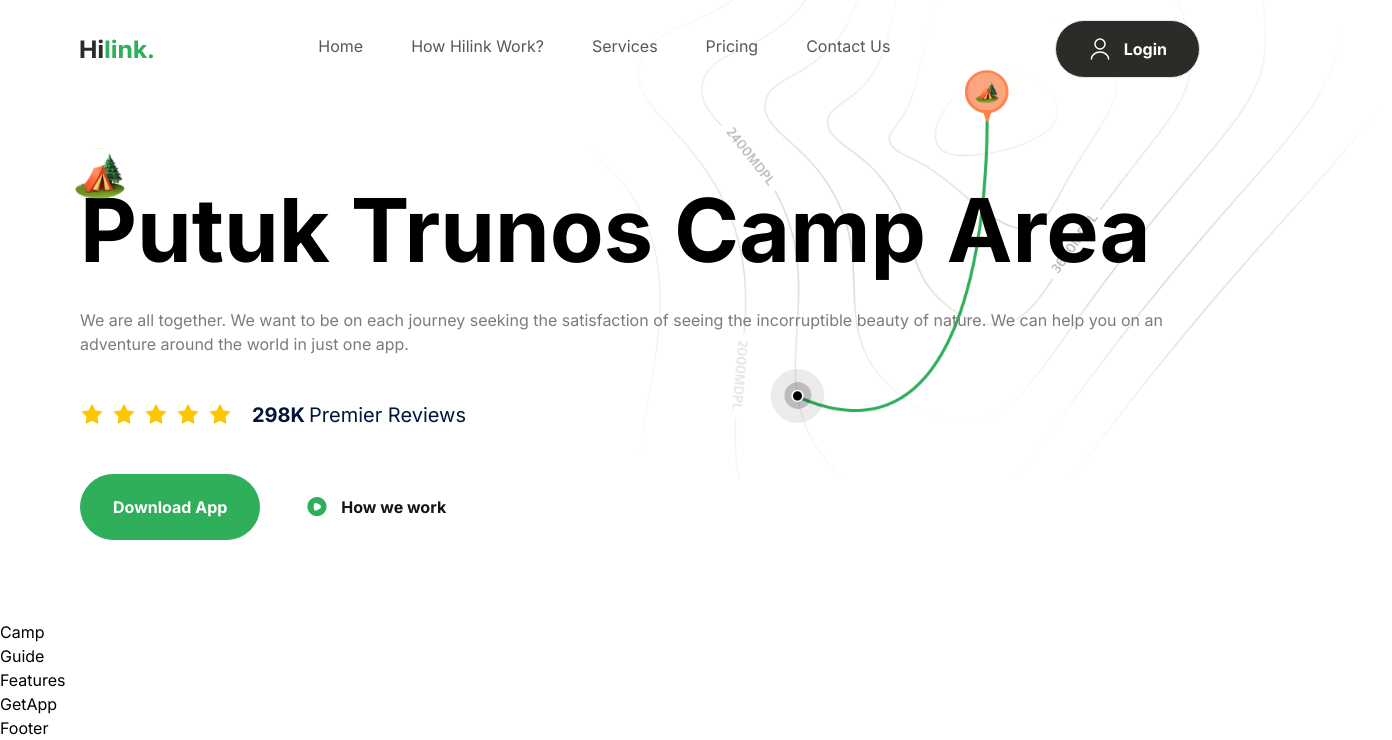
Repository: SouthpawC0der/Modern-reactsite
Page: /
An editor plug-in stored every save of this project. The page is shown before and after the next save, followed by the edit.
The browser window is 1280 px wide. The page is 1392 px wide, so the pictures cover 1392 px, including what lies to the right of the window. The pictures show the whole page.
The project was rebuilt for these pictures with package versions that can differ from the ones it lists, and the page was loaded fresh each time. The framework's server and built-in components were replaced by stand-ins that run in the browser. Also part of the build but not shown: next.config.ts.

Above is the page before, as saved 2025-01-30 11:40:01.

### app/layout.tsx
import type { Metadata } from "next";
import "./globals.css";
import Navbar from "@/components/Navbar";
import Footer from "@/components/Footer";

export default function RootLayout({
  children,
}: Readonly<{
  children: React.ReactNode;
}>) {
  return (
    <html lang="en">
      <body>
        <Navbar />
        <main className="relative-overflow-hidden">
        {children}
        </main>
        <Footer />
      </body>
    </html>
  );
}

### app/page.tsx
import Camp from "@/components/Camp";
import Features from "@/components/Features";
import GetApp from "@/components/GetApp";
import Guide from "@/components/Guide";
import Hero from "@/components/Hero";


export default function Home() {
  return (
    <>
    <Hero />
    <Camp />
    <Guide />
    <Features />
    <GetApp />
    </>
  );
}

### app/globals.css

@import url('https://fonts.googleapis.com/css2?family=Inter:wght@400;500;600;700;800&display=swap');

@tailwind base;
@tailwind components;
@tailwind utilities;

* {
  margin: 0;
  padding: 0;
  box-sizing: border-box;
}

body {
  font-family: Inter;
}

@layer utilities {
  .btn_white {
    @apply  border-white bg-white px-8 py-3 text-green-50
  }
  .btn_white_text  {
    @apply  border-white bg-white px-8 py-3 text-gray-90
  }
  .btn_green  {
    @apply  border-green-50 bg-green-50 px-8 py-5 text-white
  }
  .btn_dark_green {
    @apply  bg-green-90 px-8 py-4 text-white transition-all hover:bg-black
  }
  .btn_dark_green_outline  {
    @apply border-gray-20 bg-green-90 px-8 py-5 text-white
  }

  .max-container {
    @apply mx-auto max-w-[1440px];
  }

  .padding-container {
    @apply px-6 lg:px-20 3xl:px-0;
  }

  .flexCenter {
    @apply flex items-center justify-center;
  }

  .flexBetween {
    @apply flex items-center justify-between;
  }

  .flexStart {
    @apply flex items-center justify-start;
  }

  .flexEnd {
    @apply flex items-center justify-end;
  }

  /* FONTS */
  .regular-64 {
    @apply text-[64px] font-[400] leading-[120%];
  }

  .regular-40 {
    @apply text-[40px] font-[400] leading-[120%];
  }

  .regular-32 {
    @apply text-[32px] font-[400];
  }

  .regular-24 {
    @apply text-[24px] font-[400];
  }

  .regular-20 {
    @apply text-[20px] font-[400];
  }

  .regular-18 {
    @apply text-[18px] font-[400];
  }

  .regular-16 {
    @apply text-[16px] font-[400];
  }

  .regular-14 {
    @apply text-[14px] font-[400];
  }

  .medium-14 {
    @apply text-[14px] font-[600];
  }

  .bold-88 {
    @apply text-[88px] font-[700] leading-[120%];
  }

  .bold-64 {
    @apply text-[64px] font-[700] leading-[120%];
  }

  .bold-52 {
    @apply text-[52px] font-[700] leading-[120%];
  }

  .bold-40 {
    @apply text-[40px] font-[700] leading-[120%];
  }

  .bold-32 {
    @apply text-[32px] font-[700] leading-[120%];
  }

  .bold-20 {
    @apply text-[20px] font-[700];
  }

  .bold-18 {
    @apply text-[18px] font-[700];
  }

  .bold-16 {
    @apply text-[16px] font-[700];
  }

  /* Hero */
  .hero-map {
    @apply absolute right-0 top-0 h-screen w-screen bg-pattern-2 bg-cover bg-center md:-right-28 xl:-top-60;
  }

  /* Camp */
  .camp-quote {
    @apply absolute -right-6 bottom-4 w-[140px] lg:bottom-10 xl:-right-8 xl:w-[186px] 3xl:right-0;
  }

  /* Feature */
  .feature-phone {
    @apply absolute top-[13%] z-10 hidden max-w-[1500px] rotate-[15deg] md:-left-16 lg:flex  3xl:left-20;
  }

  /* Get App */
  .get-app {
    @apply max-container relative flex w-full  flex-col justify-between gap-32 overflow-hidden bg-green-90 bg-pattern bg-cover bg-center bg-no-repeat px-6 py-12 text-white sm:flex-row sm:gap-12 sm:py-24 lg:px-20 xl:max-h-[598px] 2xl:rounded-5xl;
  }
}

/* Hide scrollbar for Chrome, Safari and Opera */
.hide-scrollbar::-webkit-scrollbar {
  display: none;
}

/* Hide scrollbar for IE, Edge and Firefox */
.hide-scrollbar {
  -ms-overflow-style: none; /* IE and Edge */
  scrollbar-width: none; /* Firefox */
}

### components/Navbar.tsx
import { NAV_LINKS } from '@/constants'
import Image from 'next/image'
import Link from 'next/link'
import React from 'react'
import Button from './Button'

const Navbar = () => {
  return (
    <nav className='flexBetween max-container padding-container relative z-30 py-5'>
        <Link href="/">
          <Image src="/hilink-logo.svg" alt='logo' width={74} height={29} />
        </Link>

          <ul className='hidden h-full gap-12 lg:flex'>
             {NAV_LINKS.map((link) => (
                <Link href={link.href} key={link.key}
                className='regular-16 text-gray-50 flexCenter cursor-pointer pb-1.5 transition-all hover:font-bold'
                >
                    {link.label}
                </Link>
             ))}
          </ul>

          <div className='lg:flexCenter hidden'>
            <Button
            type='button'
            title='Login'
            icon='/user.svg'
            variant='btn_dark_green'
            />
          </div>

          <Image
          src='menu.svg'
          alt='menu'
          width={32}
          height={32}
          className='inline-block cursor-pointer lg:hidden'
          />
    </nav>
  )
}


export default Navbar

### components/Hero.tsx
import Image from 'next/image'
import React from 'react'
import Button from './Button'

const Hero = () => {
  return (
    <section className='max-container padding-container flex flex-col gap-20 py-10 pb-32 md:gap-28
     lg:py-20 xl:flex-row '>
        <div className='hero-map' />

        <div className='relative z-10 flex flex-1 flex-col xl:w-1/2'>
            <Image
            src='/camp.svg'
            alt='camp'
            width={50}
            height={50}
            className='absolute left-[-5px] top-[-30px] w-10 lg:w-[50px]'
             />
             <h1 className='bold-32 lg:bold-88'>Putuk Trunos Camp Area</h1>
             <p className='regular-16 mt-6 text-gray-30 xl:max-[520px]'>
                We are all together. We want to be on each journey seeking the
                satisfaction of seeing the incorruptible beauty of nature. We can
                help you on an adventure around the world in just one app.
             </p>

             <div className='my-11 flex flex-wrap gap-5'>
                <div className='flex items-center gap-2'>
                    {Array(5).fill(1).map((_, index) => (
                        <Image
                        src='/star.svg'
                        key={index}
                        alt='star'
                        width={24}
                        height={24}
                        />
                    ))}
                </div>
                <p className='bold-16 lg:bold-20 text-blue-70'>
                    298K
                    <span className='regular-16 lg:regular-20 ml-1'>Premier Reviews</span>
                </p>
             </div>
             <div className='flex flex-col w-full gap-3 sm:flex-row'>
                    <Button
                    type='button'
                    title='Download App'
                    variant='btn_green'
                    />
                    <Button
                    type='button'
                    title='How we work'
                    icon='/play.svg'
                    variant='btn_white_text'
                    />
             </div>
        </div>
    </section>
  )
}

export default Hero

### components/Button.tsx
import Image from 'next/image';
import React from 'react'

type ButtonProps = {
    type: 'button' | 'submit';
    title: string;
    icon?: string,
    variant: string
}

const Button = ( {type, title, icon, variant }: ButtonProps) => {
  return (
    <button
    className={`flexCenter gap-3 rounded-full border ${variant}`}
    type={type}

    >
        {icon && <Image src={icon} alt={title} width={24} height={24} />}
        <label className='bold-16 whitespace-nowrap'>{title}</label>
    </button>
  )
}

export default Button

Loaded but not shown: components/Footer.tsx (common file); components/Camp.tsx (common file); components/Features.tsx (common file); components/GetApp.tsx (common file); components/Guide.tsx (common file); constants/index.ts (common file); tailwind.config.ts (common file)

After the next save:
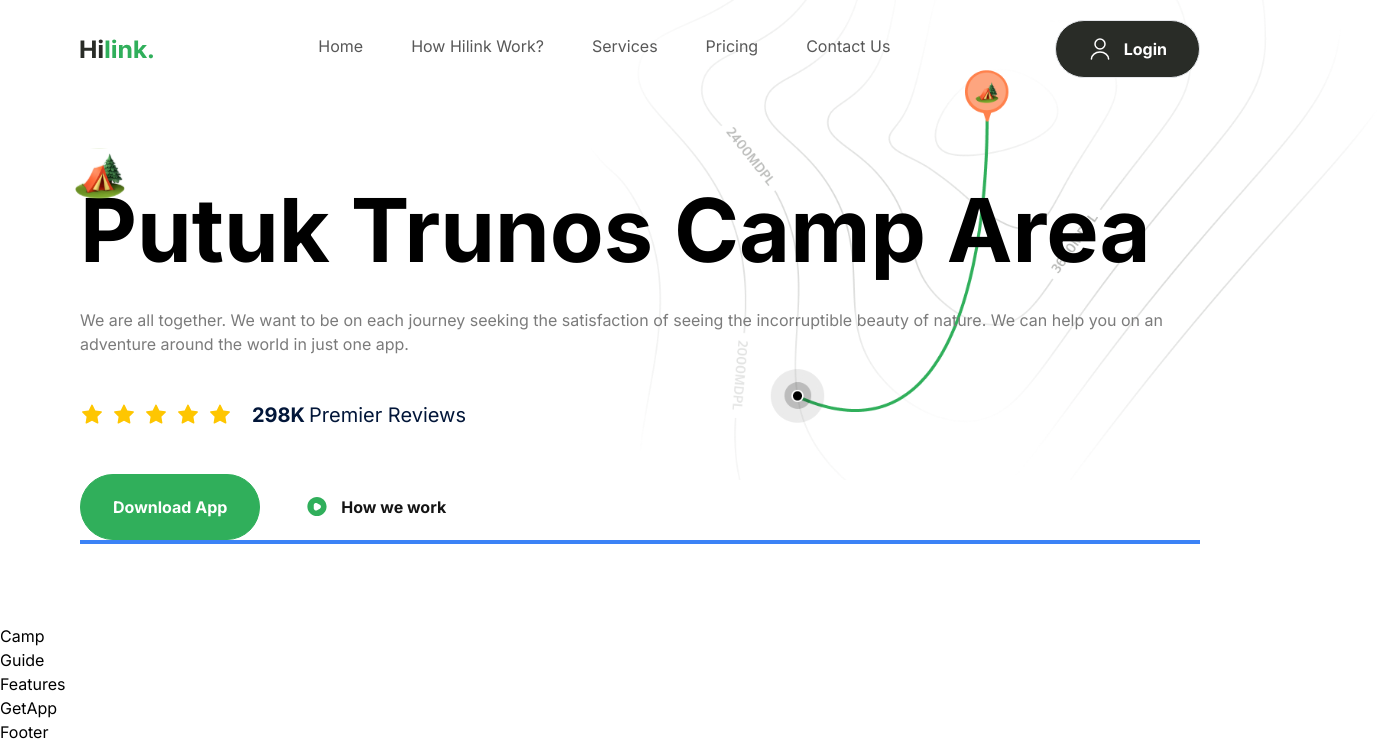
Saved 77 s later.
--- a/components/Hero.tsx
+++ b/components/Hero.tsx
@@ -53,6 +53,9 @@ const Hero = () => {
                     variant='btn_white_text'
                     />
              </div>
+             <div className='relative flex flex-1 items-start border-2 border-blue-500 '>
+
+             </div>
         </div>
     </section>
   )
